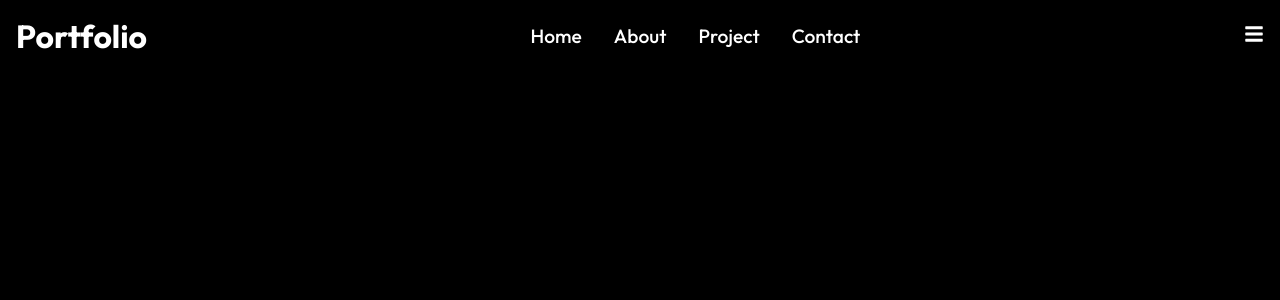
Repository: Hrishabhsinghai/Portfolio
Page: /
These files come from the project's save history. The page is drawn as it stood at one moment and after the next save; the edit follows.
The browser window is 1280 px wide. The pictures show the whole page.
The project was rebuilt for these pictures with package versions that can differ from the ones it lists, and the page was loaded fresh each time. Also part of the build but not shown: src/routes/About.js, src/routes/Project.js, src/routes/Contact.js.

Above is the page before, as saved 2023-12-31 21:31:48.

### src/index.css
@import url("https://fonts.googleapis.com/css2?family=Orbitron&family=Outfit:wght@100;200;300;400;500;600;700;800;900&display=swap");
* {
  box-sizing: border-box;
  margin: 0;
  padding: 0;
  font-family: "Outfit", sans-serif;
}

body {
  background: black;
}

h1,
h4,
p,
a {
  color: #fff;
  text-decoration: none;
}

ul {
  list-style-type: none;
}

.btn {
  padding: 12px 32px;
  font-size: 1rem;
  text-transform: uppercase;
  background: rgb(rgb(217, 255, 0), green, blue);
  color: #222;
  border: 1px solid #fff;
  font-weight: 600;
  cursor: pointer;
}

.btn-light {
  background: transparent;
  color: #fff;
}

.btn-hover {
  background: rgba(255, 255, 255, 0.2);
  color: #fff;
  transition: 0.3;
}

### src/App.js
import "./index.css";
import Home from "./routes/Home";
import About from "./routes/About";
import Project from "./routes/Project";
import Contact from "./routes/Contact";
import { Route, Routes } from "react-router-dom";

function App() {
  return (
    <>
      <Routes>
        <Route path="/" element={<Home />} />{" "}
        <Route path="/project" element={<Project />} />{" "}
        <Route path="/About" element={<About />} />{" "}
        <Route path="/Contact" element={<Contact />} />{" "}
      </Routes>{" "}
    </>
  );
}

export default App;

### src/components/Navbar.js
import { Link } from "react-router-dom";
import "./NavbarStyles.css";

import React from "react";

import { FaBars } from "react-icons/fa";

const Navbar = () => {
  return (
    <div className="header">
      <Link to="/">
        {" "}
        <h1> Portfolio </h1>{" "}
      </Link>{" "}
      <ul className="nav-menu">
        <li>
          <Link to="/"> Home </Link>{" "}
        </li>{" "}
        <li>
          <Link to="/About"> About </Link>{" "}
        </li>{" "}
        <li>
          <Link to="/Project"> Project </Link>{" "}
        </li>{" "}
        <li>
          <Link to="/Contact"> Contact </Link>{" "}
        </li>{" "}
      </ul>{" "}
      <div className="hamburger">
        <FaBars size={20} style={{ color: "#fff" }} />{" "}
      </div>{" "}
    </div>
  );
};

export default Navbar;

### src/components/NavbarStyles.css
.nav-menu {
  display: flex;
}

.nav-menu li {
  padding: 0 1rem;
}

.nav-menu li a {
  font-size: 1.2rem;
  font-weight: 500;
}

.hamburger {
  display: initial;
}

@media screen and (max-width: 1040px) {
  .nav-menu {
    flex-direction: column;
    justify-content: center;
    align-items: center;
    width: 100%;
    height: 100vh;
    background: rgba(0, 0, 0, 0.9);
    position: absolute;
    top: 0;
    left: 0;
    z-index: -3;
  }
  .nav-menu li {
    padding: 1rem 0;
  }
  .nav-menu li a {
    font-size: 2rem;
  }
}

.header {
  display: flex;
  justify-content: space-between;
  align-items: center;
  padding: 1rem;
}

Loaded but not shown: public/index.html (common file); src/index.js (common file); src/routes/Home.js (common file)

After the next save:
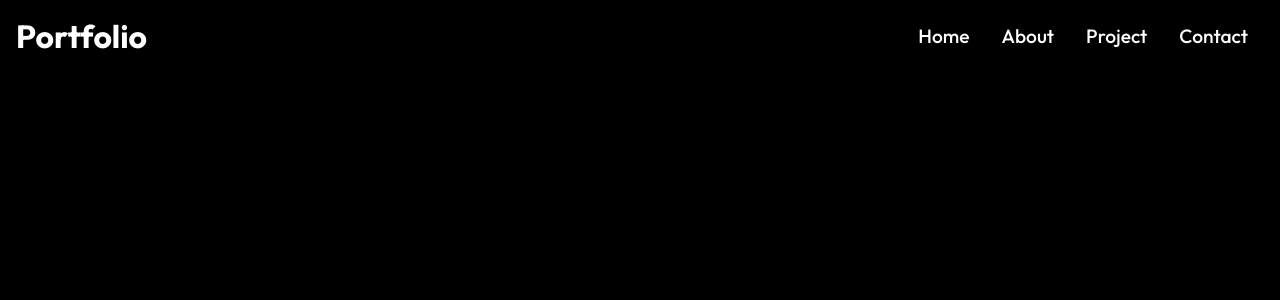
Saved 55 s later.
--- a/src/components/NavbarStyles.css
+++ b/src/components/NavbarStyles.css
@@ -12,7 +12,7 @@
 }
 
 .hamburger {
-  display: initial;
+  display: none;
 }
 
 @media screen and (max-width: 1040px) {
